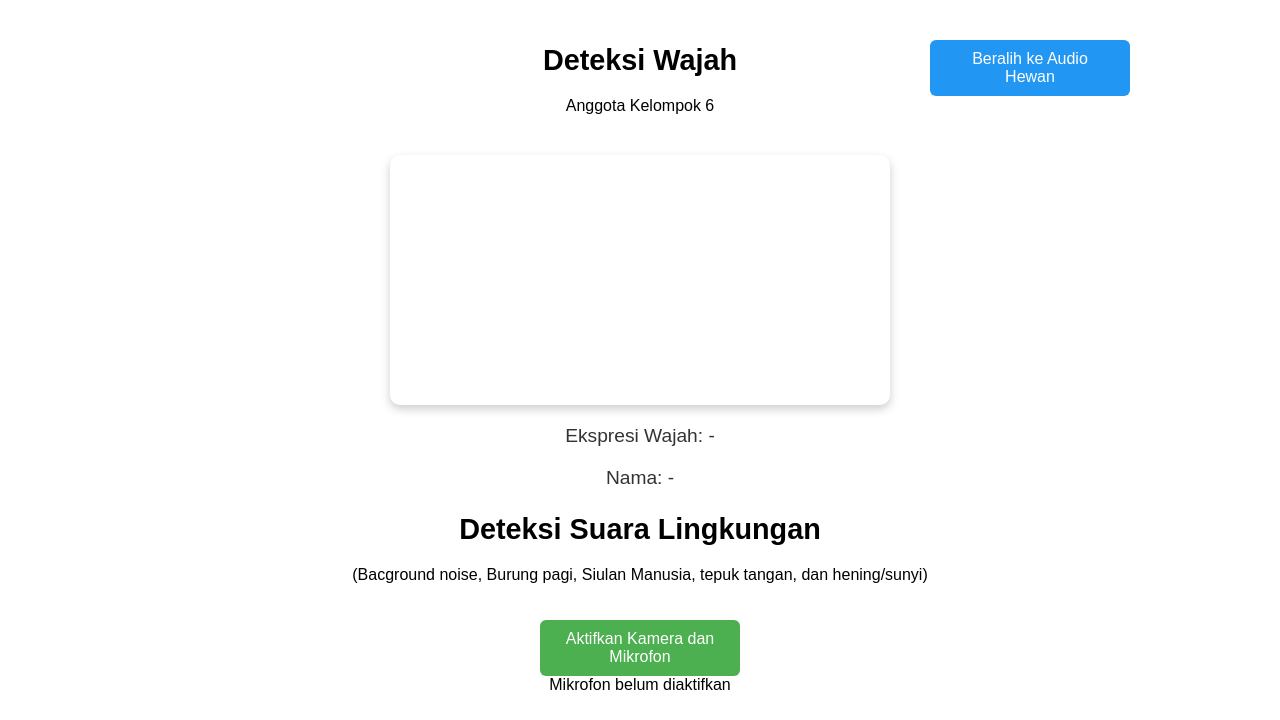
Repository: RalfyBawinto/working-teachable-machine
Page: index.html
An editor plug-in stored every save of this project. The page is shown before and after the next save, followed by the edit.
The browser window is 1280 px wide. The pictures show the whole page.

Above is the page before, as saved 2025-04-22 20:33:45.

After the next save:
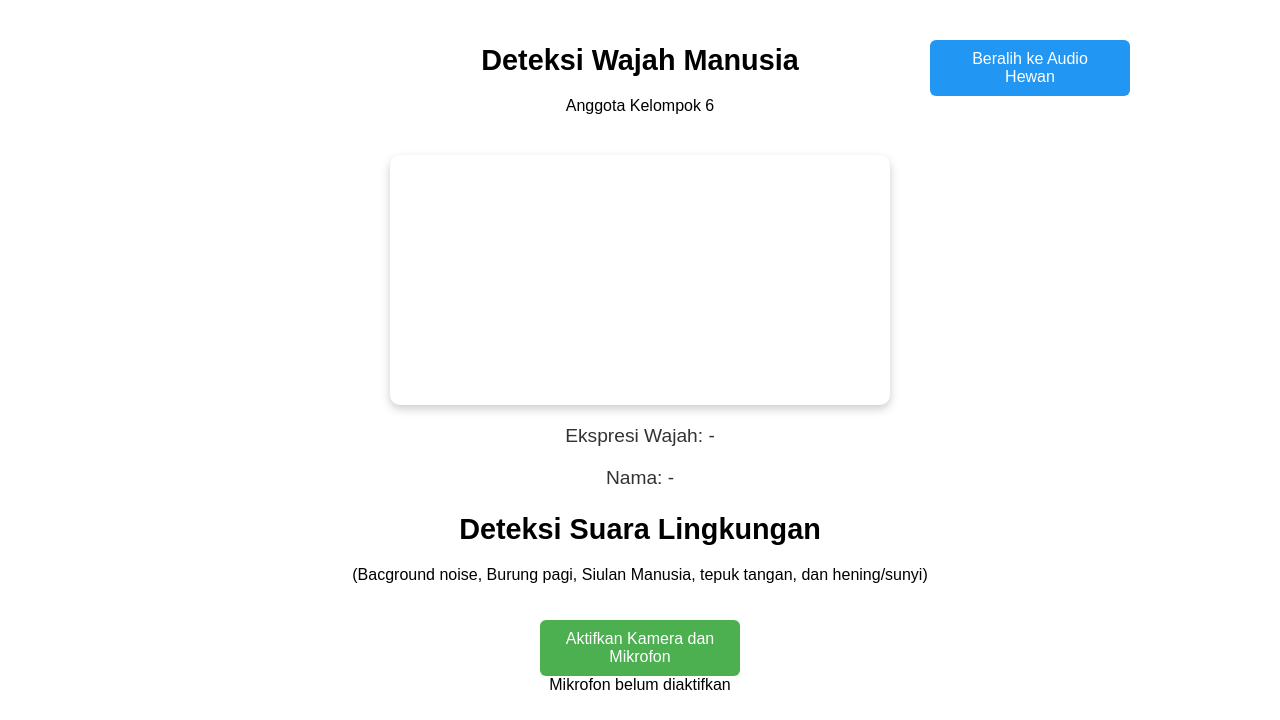
Saved 27 s later.
--- a/index.html
+++ b/index.html
@@ -8,7 +8,7 @@
   </head>
 
   <body>
-    <h2>Deteksi Wajah</h2>
+    <h2>Deteksi Wajah Manusia</h2>
     <p>Anggota Kelompok 6</p>
 
     <!-- Video untuk deteksi wajah -->
